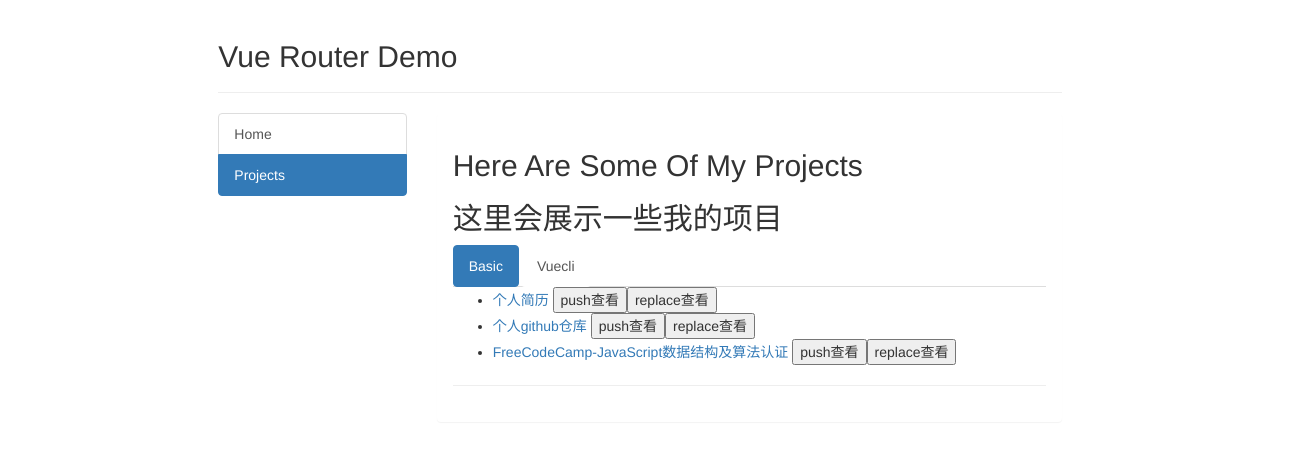
Repository: WAY-C/JSCodes
Page: /#/projects/basic (app in Vue/25路由案例/count/)
These files come from the project's save history. The page is drawn as it stood at one moment and after the next save; the edit follows.
The browser window is 1280 px wide. The page is 1295 px wide, so the pictures cover 1295 px, including what lies to the right of the window. The pictures show the whole page.
The project was rebuilt for these pictures with package versions that can differ from the ones it lists, and the page was loaded fresh each time. Also part of the build but not shown: Vue/25路由案例/count/src/pages/Home.vue, Vue/25路由案例/count/src/pages/Vuecli.vue, Vue/25路由案例/count/src/pages/Detail.vue.

Above is the page before, as saved 2021-10-06 21:25:40.

### Vue/25路由案例/count/public/index.html
<!DOCTYPE html>
<html lang="">

<head>
  <meta charset="utf-8">
  <meta http-equiv="X-UA-Compatible" content="IE=edge">
  <meta name="viewport" content="width=device-width,initial-scale=1.0">
  <link rel="icon" href="<%= BASE_URL %>favicon.ico">
  <link rel="stylesheet" href="<%= BASE_URL %>css/bootstrap.css">
  <title>
    <%= htmlWebpackPlugin.options.title %>
  </title>
</head>

<body>
  <noscript>
    <strong>We're sorry but <%= htmlWebpackPlugin.options.title %> doesn't work properly without JavaScript enabled.
        Please enable it to continue.</strong>
  </noscript>
  <div id="app"></div>
  <!-- built files will be auto injected -->
</body>

</html>

### Vue/25路由案例/count/src/main.js
// 引入Vue
import Vue from 'vue'
// 引入App
import App from './App.vue'
// 引入VueRouter
import VueRouter from 'vue-router'
// 引入路由器
import router from './router'

// 关闭Vue的生产提示
Vue.config.productionTip = false;
// 应用插件
Vue.use(VueRouter);

new Vue({
  render: h => h(App),
  router: router
}).$mount('#app')

### Vue/25路由案例/count/src/App.vue
<template>
  <div>
    <div class="row">
      <Banner />
    </div>
    <div class="row">
      <div class="col-xs-2 col-xs-offset-2">
        <div class="list-group">
          <!-- <a class="list-group-item" href="./about.html">About</a>
          <a class="list-group-item active" href="./home.html">Home</a> -->

          <!-- Vue中借助router-link标签实现路由的切换 -->
          <router-link class="list-group-item" active-class="active" to="/home"
            >Home</router-link
          >
          <router-link
            class="list-group-item"
            active-class="active"
            to="/projects"
            >Projects</router-link
          >
        </div>
      </div>
      <div class="col-xs-6">
        <div class="panel">
          <div class="panel-body">
            <!-- 指定组件的呈现位置 -->
            <router-view></router-view>
          </div>
        </div>
      </div>
    </div>
  </div>
</template>

<script>
import Banner from "./components/Banner";
export default {
  name: "App",
  components: { Banner },
  mounted() {
    console.log("App", this);
  },
};
</script>

<style>
</style>

### Vue/25路由案例/count/src/router/index.js
// 该文件专门用于创建整个应用的路由器
import VueRouter from 'vue-router'
import Home from '../pages/Home'
import Projects from '../pages/Projects'
import Basic from '../pages/Basic'
import Vuecli from '../pages/Vuecli'
import Detail from '../pages/Detail'
// 创建一个路由器
const router = new VueRouter({
    routes: [
        {
            name: "HOME",
            path: "/home",
            component: Home
        },
        {
            name: "PROJECTS",
            path: "/projects",
            component: Projects,
            children: [
                {
                    name: "BASIC",
                    path: "basic",
                    component: Basic,
                    children: [
                        {
                            name: "DETAIL",
                            path: "detail",
                            component: Detail
                        }
                    ]
                },
                {
                    name: "VUECLI",
                    path: "vuecli",
                    component: Vuecli,
                }
            ]
        }
    ]
})

// 暴露路由器
export default router

### Vue/25路由案例/count/src/components/Banner.vue
<template>
  <div class="col-xs-offset-2 col-xs-8">
    <div class="page-header">
      <h2>Vue Router Demo</h2>
    </div>
  </div>
</template>

<script>
export default {
  name: "Banner",
};
</script>

<style>
</style>

### Vue/25路由案例/count/src/pages/Projects.vue
<template>
  <div>
    <h2>Here Are Some Of My Projects</h2>
    <h2>这里会展示一些我的项目</h2>
    <div>
      <ul class="nav nav-tabs">
        <li>
          <router-link
            class="list-group-item"
            active-class="active"
            to="/projects/basic"
          >
            Basic
          </router-link>
        </li>
        <li>
          <router-link
            class="list-group-item"
            active-class="active"
            to="/projects/vuecli"
          >
            Vuecli
          </router-link>
        </li>
      </ul>
      <router-view></router-view>
    </div>
  </div>
</template>

<script>
export default {
  name: "Project",
};
</script>

<style>
</style>

### Vue/25路由案例/count/src/pages/Basic.vue
<template>
  <div>
    <ul>
      <li v-for="e in basicList" :key="e.id">
        <router-link
          :to="{
            path: '/projects/basic/detail',
            query: {
              id: e.id,
              content: e.content,
              url: e.url,
            },
          }"
        >
          {{ e.content }}
        </router-link>
        <button @click="pushShow(e)">push查看</button>
        <button @click="replaceShow(e)">replace查看</button>
      </li>
    </ul>
    <hr />
    <router-view></router-view>
  </div>
</template>

<script>
export default {
  name: "Basic",
  data() {
    return {
      basicList: [
        { id: "001", content: "个人简历", url: "#" },
        {
          id: "002",
          content: "个人github仓库",
          url: "https://github.com/WAY-C/JSCodes",
        },
        {
          id: "003",
          content: "FreeCodeCamp-JavaScript数据结构及算法认证",
          url: "#",
        },
      ],
    };
  },
  methods: {
    pushShow(e) {
      this.$router.push({
        name: "DETAIL",
        query: {
          id: e.id,
          content: e.content,
          url: e.url,
        },
      });
    },
    replaceShow(e) {
      this.$router.replace({
        name: "DETAIL",
        query: {
          id: e.id,
          content: e.content,
          url: e.url,
        },
      });
    },
  },
};
</script>

<style>
</style>

Loaded but not shown: Vue/25路由案例/count/public/css/bootstrap.css (library)

After the next save:
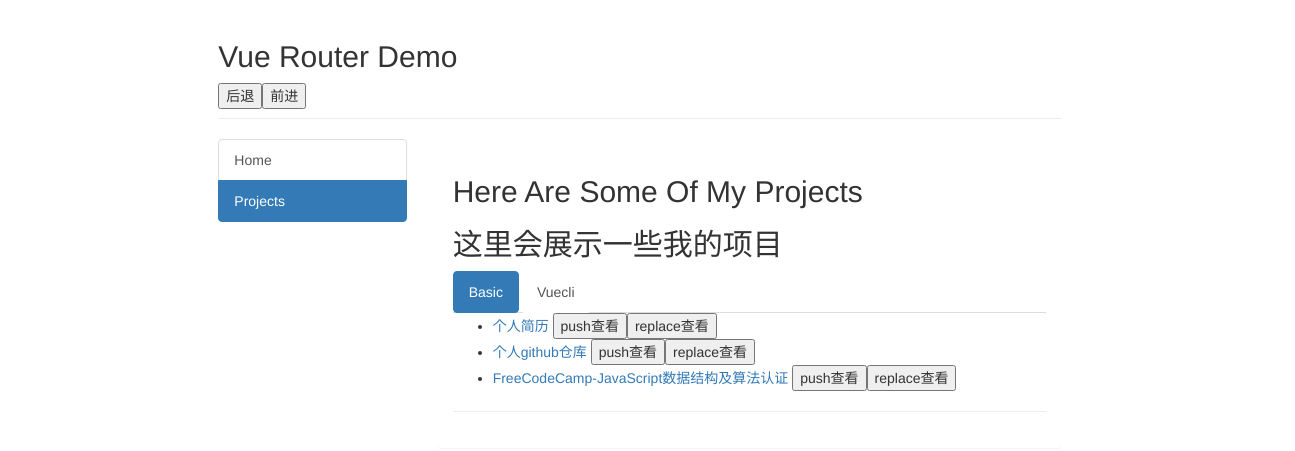
Saved 2 min 8 s later.
--- a/Vue/25路由案例/count/src/components/Banner.vue
+++ b/Vue/25路由案例/count/src/components/Banner.vue
@@ -2,6 +2,8 @@
   <div class="col-xs-offset-2 col-xs-8">
     <div class="page-header">
       <h2>Vue Router Demo</h2>
+      <button @click="back">后退</button>
+      <button @click="forward">前进</button>
     </div>
   </div>
 </template>
@@ -9,6 +11,14 @@
 <script>
 export default {
   name: "Banner",
+  methods: {
+    back() {
+      this.$router.back();
+    },
+    forward() {
+      this.$router.forward();
+    },
+  },
 };
 </script>
 
